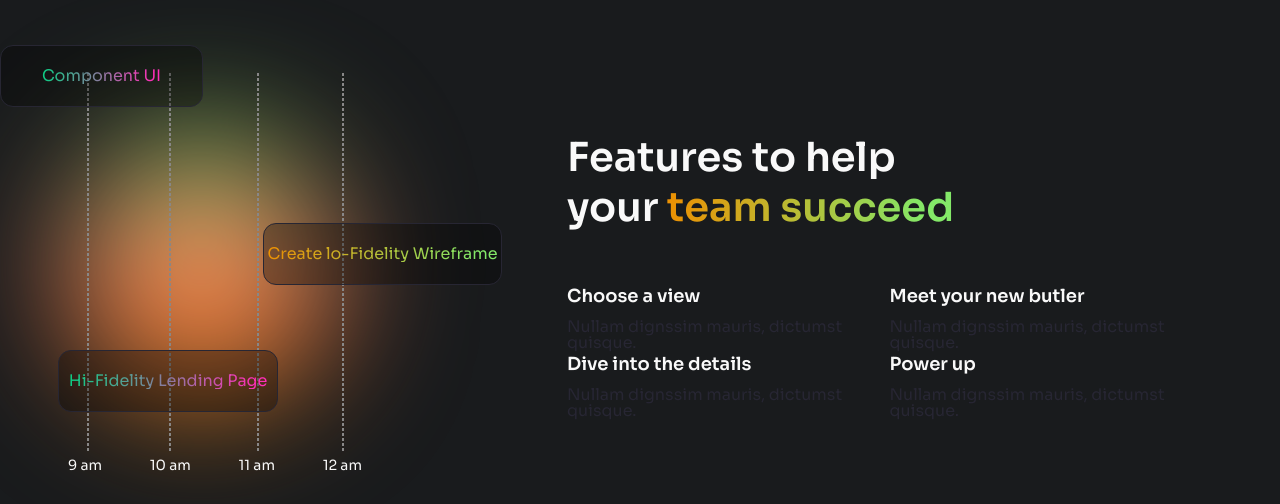
Repository: anhthiethumg/Task_Managerment_Website
Page: index.html
An editor plug-in stored every save of this project. The page is shown before and after a run of saves, followed by the edit.
The browser window is 1280 px wide. The pictures show the part of the page from y = 2400 to 2936 px (the page is 2904 px tall before and 2936 px after).
A picture or video elsewhere on the page could not be fetched, so the positions and the page height are approximate.

Above is the page before, as saved 2023-07-31 09:09:39.

After the next 3 saves:
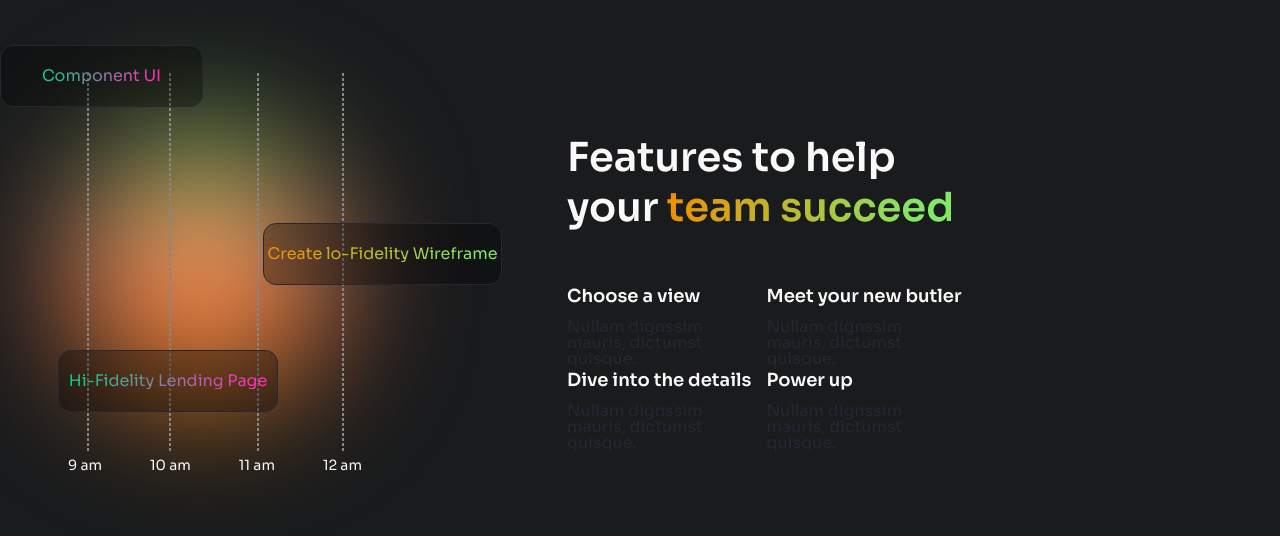
The 3 saves are shown as one change because they came seconds apart.
The last was saved 12 s later.
--- a/assets/css/styles.css
+++ b/assets/css/styles.css
@@ -724,5 +724,6 @@ a {
 }
 
 .feature__desc {
-
-}
+  width: 176px;
+
+}
